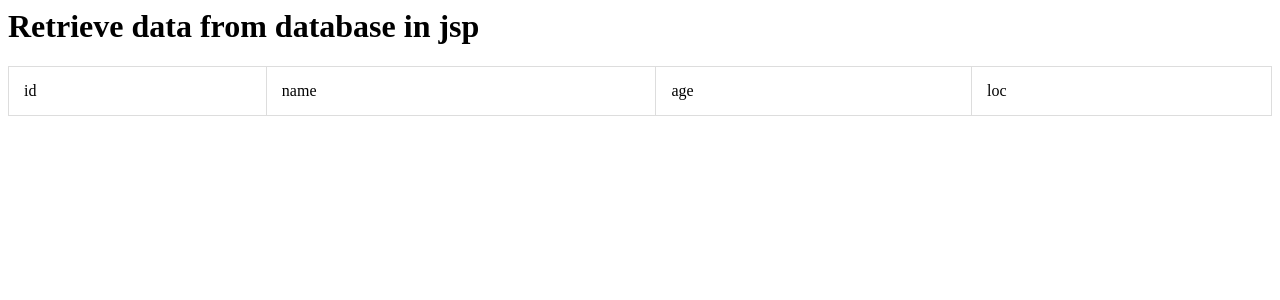
Repository: usaeed/Project2018
Page: http://localhost/DynamicWebProject1/selectResult.jsp
An editor plug-in stored every save of this project. The page is shown before and after the next save, followed by the edit.
The browser window is 1280 px wide. The pictures show the whole page.
The page is served by Tomcat 9. Queries for data that is not in the repository find no rows.

Above is the page before, as saved 2018-02-01 23:45:59.

After the next save:
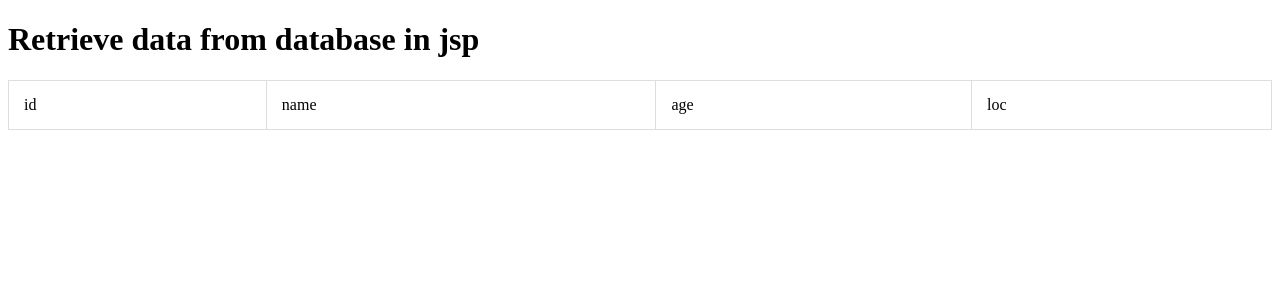
Saved 85 s later.
--- a/DynamicWebProject1/WebContent/selectResult.jsp
+++ b/DynamicWebProject1/WebContent/selectResult.jsp
@@ -1,9 +1,9 @@
 <%@ page language="java" contentType="text/html; charset=ISO-8859-1"
 	pageEncoding="ISO-8859-1"%>
 <%@include file="connect.jsp"%>
-<style><%@include file="makeUp.css"%></style>
 <!DOCTYPE html PUBLIC "-//W3C//DTD HTML 4.01 Transitional//EN" "http://www.w3.org/TR/html4/loose.dtd">
 <html>
+<head></head><link rel="stylesheet" href="makeUp.css"></head>
 <body>
 
 	<h1>Retrieve data from database in jsp</h1>
